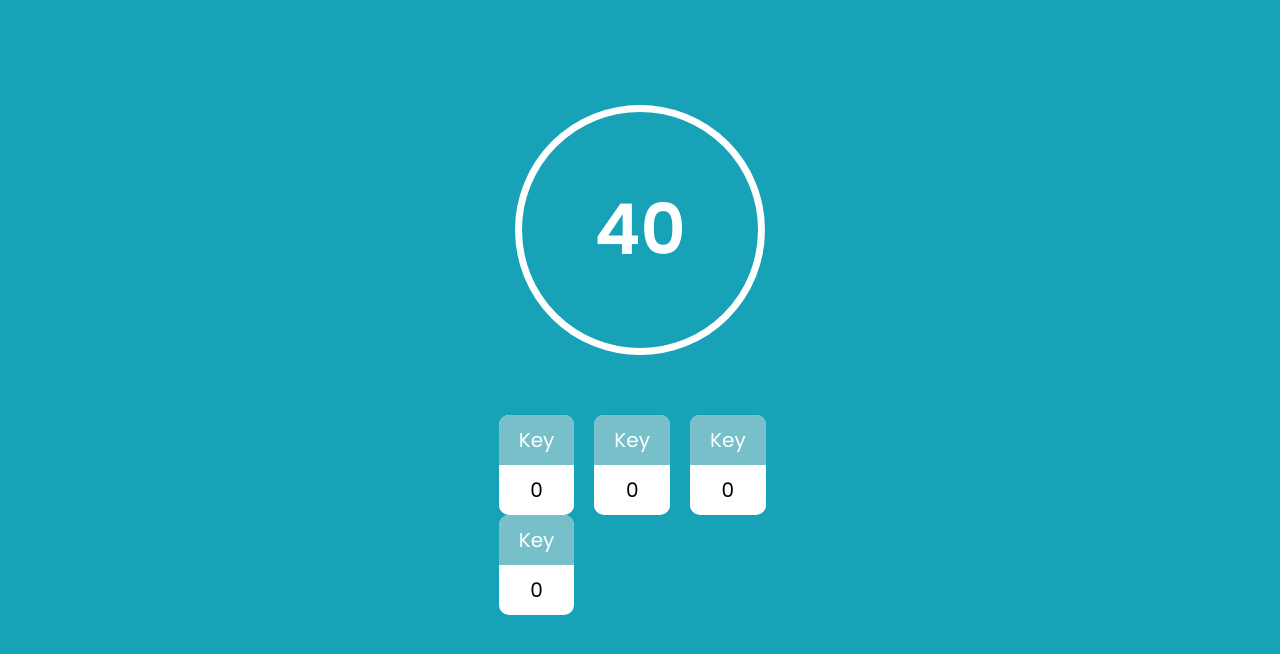
Repository: congnt98/Lean-javascript-in-project
Page: 30Days/6_Keydown/index.html
These files come from the project's save history. The page is drawn as it stood at one moment and after the next save; the edit follows.
The browser window is 1280 px wide. The pictures show the whole page.

Above is the page before, as saved 2024-02-22 10:27:34.

After the next save:
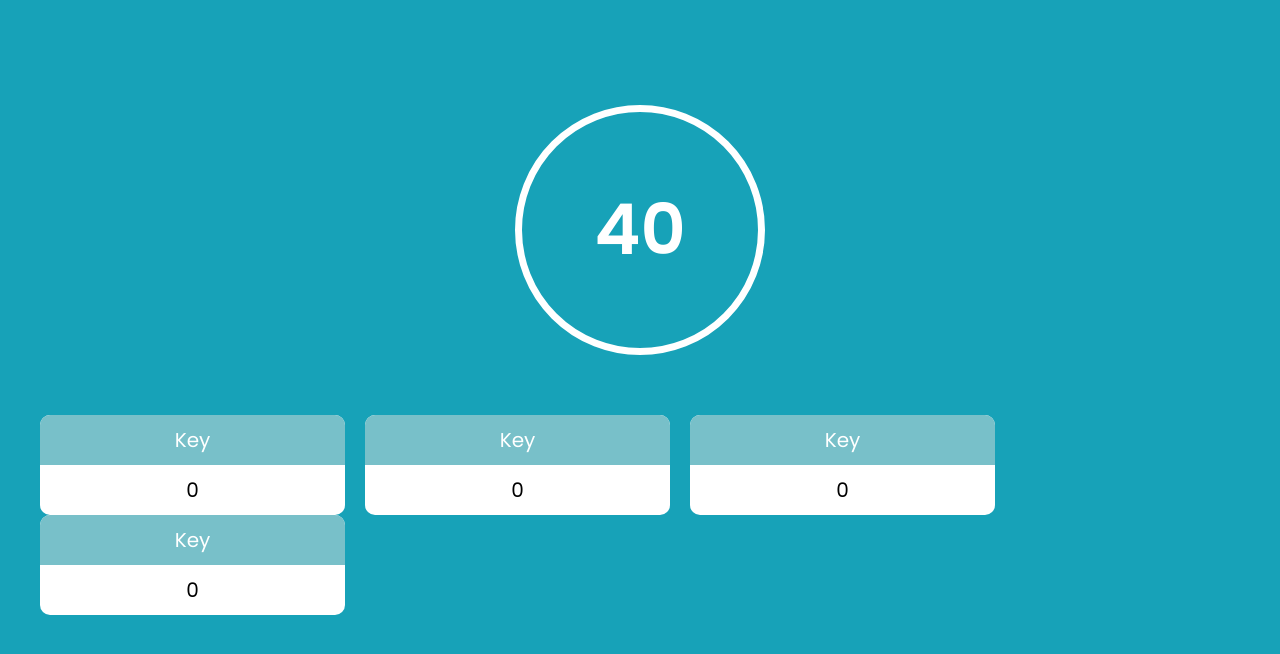
Saved 52 s later.
--- a/30Days/6_Keydown/style.css
+++ b/30Days/6_Keydown/style.css
@@ -42,7 +42,9 @@ body {
     border: none;
 }
 
-.box {}
+.box {
+    width: 100%;
+}
 
 .box .resuft {
     width: 250px;
